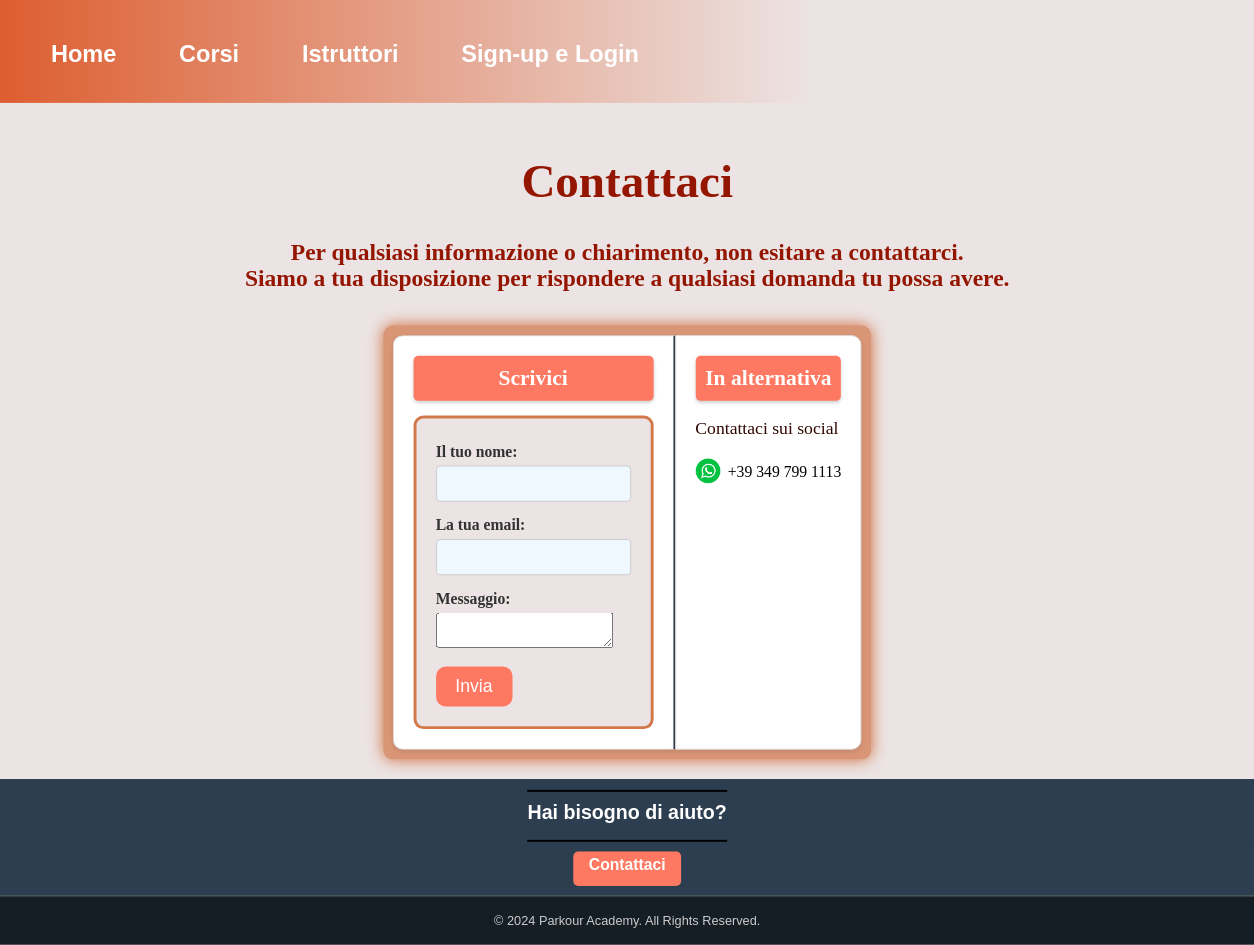
Repository: GiuuGpEEp/TerzoAnnoUni
Page: http://localhost/ContactUs/contact.php
The author's editor kept a copy of each file at every save. The page is drawn from the files as they stood at one save, then again after the next save.
The browser window is 1280 px wide. The pictures show the whole page, at 98% of full size.
The page is run by PHP 8.4 with error messages shown; the project is at /var/www/html/.

Above is the page before, as saved 2025-01-16 17:24:16.

### SAW/Esercizi/Progetto/ContactUs/contact.php
<!DOCTYPE html>
<html lang="it">
<head>
    <title>PA - Contattaci</title>
    <link rel="icon" href="../Logo32.ico" type="image/x-icon">
    <link rel="stylesheet" type="text/css" href="contactStyle.css">
</head>
<body>
    <div class="wrapper">
        <header class="header">
            <?php include '../Navbar/navbar.php'; ?>
        </header>
        <div class="content">
            <div class="title">
                <h1>Contattaci</h1>
                <p>Per qualsiasi informazione o chiarimento, non esitare a contattarci. <br>
                Siamo a tua disposizione per rispondere a qualsiasi domanda tu possa avere.</p>
            </div>
            <div class="contactANDForm">
                <div class="formSection" id="messageFormSection">
                    <div class="formTitle">Scrivici</div>
                    <form class="messageForm" action="contactForm.php" method="post">
                        <label for="name">Il tuo nome:</label>
                        <input type="text" id="name" name="name" required>
                        <label for="email">La tua email:</label>
                        <input type="email" id="email" name="email" required>
                        <label for="message">Messaggio:</label>
                        <textarea id="message" name="message" required></textarea>
                        <div>
                            <input type="submit" class="button" value="Invia">
                        </div>
                    </form>
                </div>
                <div class="formSection" id="contactSection">
                    <div class="formTitle">In alternativa</div>
                    <div class="contactInfo">
                        <p class="contactText"> Contattaci sui social </p>

                            <img id="waLogo" src= whatsappLogo.png alt="whatsapp" class="waLogo" width="25" height="25">
                            <p class="waText">+39 349 799 1113</p>

                    </div>
                </div>
            </div>
        </div>
        <?php include '../Footer/footer.php'; ?>
    </div>
</body>

</html>

### SAW/Esercizi/Progetto/NavBar/NavBar.php
<?php
    if (session_status() === PHP_SESSION_NONE) {
        session_start();
    }
?>

<style>
        .menu {
        display: flex;
        margin-left: auto;
        min-height: 40px;
        max-width: 100%;
        align-items: center;
        background: linear-gradient(to left, transparent 35%, #dd5e30 );
    }

    #main-menu {
        display: flex;
        flex-wrap: wrap;
        font-weight: bold;
        font-size: 32px; /* Increased */
        font-family: Montserrat, sans-serif;
        justify-content: flex-end;
        align-items: center;
        margin-right: 20px;
        margin-left: 20px;
        padding: 0;
        list-style: none;
    }


    .menu-item {
        position: relative;
        margin: 0 20px;
        border: 2px solid transparent;
        border-radius: 5px;
        transition: all 200ms ease-in-out;
    }

    .menu-item:hover {
        border-color: white;
    }

    .menu-link {
        text-decoration: none;
        color: white;
        font-weight: bold;
        padding: 5px 10px;
        transition: color 200ms ease-in-out;
        font-size: 24px; /* Increased */
    }

    .menu-link:hover {
        color: #502915;
    }

    .menu-item.active {
        border-color: white;
    }

</style>

<script>
    function goHome(){
        window.location.href = "../index/index.php";
    }
</script>

<nav class="menu">
    <ul id="main-menu">
        <li class="menu-item">
            <a class="menu-link" onclick="goHome()">Home</a>
        </li>
        <li class="menu-item">
            <a class="menu-link" href="/corsi">Corsi</a>
        </li>
        <li class="menu-item">
            <a class="menu-link" href="/istruttori">Istruttori</a>
        </li>
        <li class="menu-item">
            <?php if(isset($_SESSION['username'])){
                echo "<a class='menu-link' href='../ShowProfile/show_profile.php'> Profilo </a>";
            }else{
                echo "<a class='menu-link' href='../Registration-login/Form.php'> Sign-up e Login </a>";
            }
            ?>
        </li>
    </ul>
</nav>

### SAW/Esercizi/Progetto/Footer/footer.php
<style>

    .Sfooter {
        color: #fff;
        text-align: center;
        font-family: Arial, sans-serif;
        margin: 0;
        width: 100%;
    }

    .footerContent {
        width: 100%;
        margin-bottom: 20px;
        background-color: #2c3e50;
        margin: 0;
        flex-shrink: 0;
    }

    #footerButton{
        font-size: 16px;
        font-weight: bold;
        padding: 5px;
        margin-top: 5px;
        margin-bottom: 10px;
        width: 100px;
        height: 25px;
        border-radius: 5px;
        float: none;
    }

    #footerTitle{
        position: relative;
        font-size: 20px;
        font-weight: bold;
        text-align: center;
        background-color: #2c3e50;
        display: inline-block;
    }

    #footerTitle::before, #footerTitle::after {
        content: "";
        display: inline-block;
        width: 100%;
        height: 2px;
        background-color: rgb(0, 0, 0);
    }

    #footerTitle::before{
        margin-bottom: 5px;
    }

    #footerCopy {
        font-size: 13px ;
        border-top: 1px solid #4a4a4a;
        padding: 4px;
        background-color: #151d25;
        color: #ccc;
    }

</style>

<footer class="Sfooter">
    <div class="footerContent">
        <p class="footerContent"><span id="footerTitle">Hai bisogno di aiuto?</span></p>
        <a id="footerButton" class="button" href="../ContactUs/contact.php" type="button">Contattaci</a>
    </div>
    <div id="footerCopy">
        <p>© 2024 Parkour Academy. All Rights Reserved.</p>
    </div>
</footer>

### SAW/Esercizi/Progetto/ContactUs/contactStyle.css
html, body {
    background-color: #ece4e4;
    height: 100%;
    margin: 0;
    padding: 0;
    box-sizing: border-box;
    display: flex;
    flex-direction: column;
}

.wrapper {
    display: flex;
    flex-direction: column;
    min-height: 100%;
}

.content {
    flex: 1;
    padding: 20px;
    text-align: center;
}

.title{
    font-size: 24px;
    font-weight: bold;
    color: #941600;
    margin-bottom: 20px;
}

.button {
    background-color: #ff7962; /* Arancione */
    border: none;
    color: white;
    text-align: center;
    text-decoration: none;
    display: inline-block;
    font-size: 18px;
    margin-top: 15px;
    border-radius: 10px;
    padding: 10px 20px;
    font-family: Montserrat, sans-serif;
    transition: background-color 0.3s ease;
}

.button:hover {
    background-color: #941600; /* Arancione scuro */
}

.formTitle {
    font-size: 22px;
    font-weight: bold;
    color: #555;
    text-align: center;
    margin-bottom: 15px;
    padding: 10px;
    background-color: #ff7962;
    color: white;
    border-radius: 5px;
    box-shadow: 0 2px 4px rgba(0, 0, 0, 0.2);
}

.contactANDForm{
    background-color: rgb(200,74,11,0.5);
    display: inline-flex;
    margin-top: 10px;
    text-align: justify;
    box-shadow: 0 0 15px rgba(200, 74, 11, 0.8);
    border-radius: 10px;
    padding: 10px;
}

.formSection {
    margin: 0px;
    padding: 20px;
    background-color: #ffffff;
    border: 1px solid #ddd;
    box-shadow: 0 2px 5px rgba(0, 0, 0, 0.1);
}

#messageFormSection{
    border-radius: 10px 0 0 10px;
    border-right: 2px solid #2c3e50;
}

.messageForm {
    width: 100%;
    padding: 20px;
    box-sizing: border-box;
    margin-right: 0px;
    border: 3px solid rgba(200, 74, 11, 0.7);
    background-color: #ece4e4;
    border-radius: 10px;
}

input[type="text"], input[type="password"], input[type="email"] {
    width: 100%;
    padding: 10px;
    border: 1px solid #ccc;
    border-radius: 4px;
    box-sizing: border-box;

   /* Include padding e border nella larghezza */
    margin-bottom: 10px;
    background-color: #f0f8ff;
}

label {
    display: block;
    margin-bottom: 5px;
    margin-top: 5px;
    color: #333;
    font-weight: bold;
}

textarea{
    resize: both;
    max-width: 200px;
    max-height: 50px;
}

#contactSection{
    border-radius: 0 10px 10px 0;
}

.contactText{
    font-size: 18px;
    color: #2f0701;
    margin-bottom: 20px;
    text-align: justify;
}

.waText{
    float: right;
    margin-top: 5px;
}

#waLogo{
    float: left;
}

.whatsapp{
    color: #25d366;
    margin-bottom: 10px;
}

After the next save:
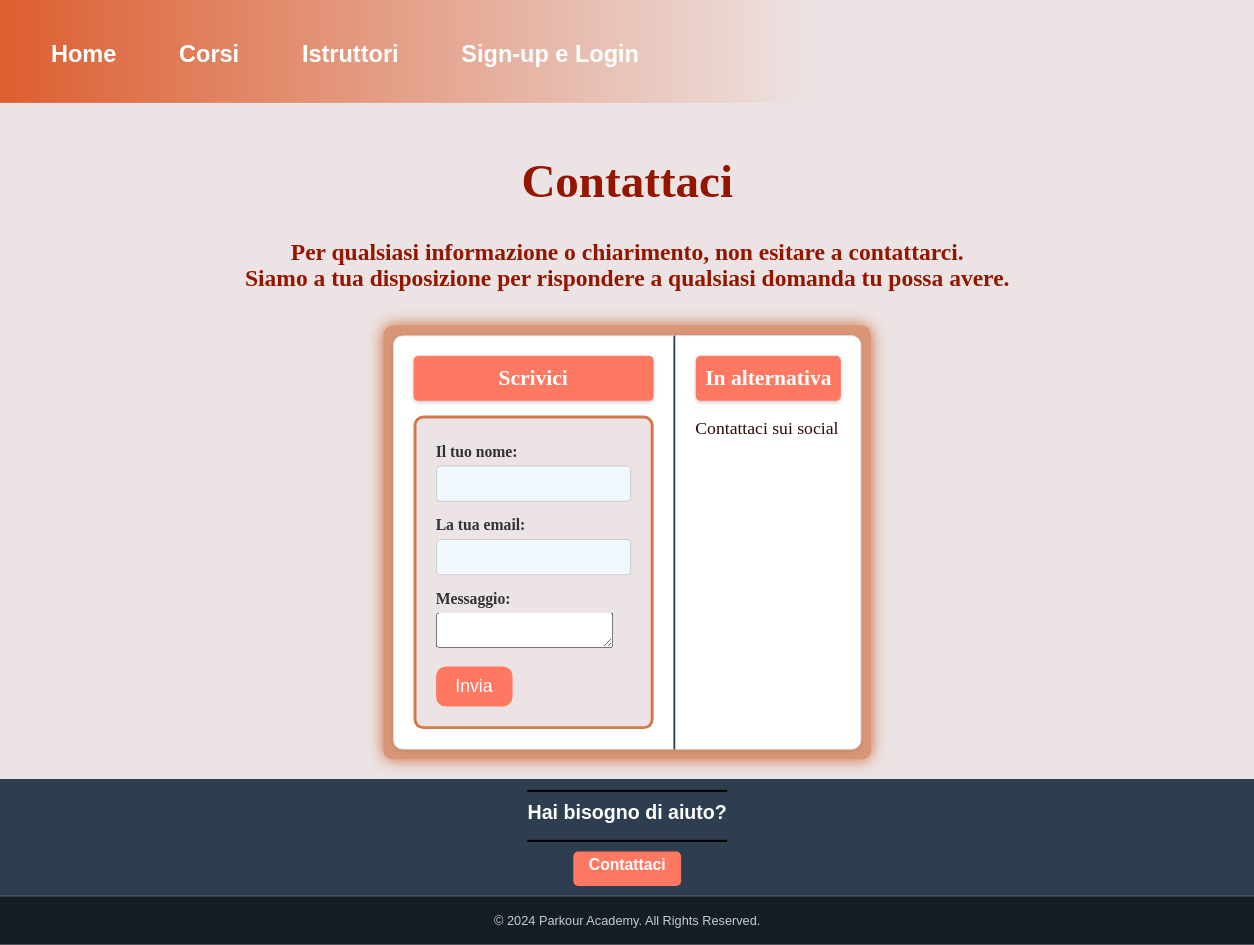
Saved 14 s later.
--- a/SAW/Esercizi/Progetto/ContactUs/contact.php
+++ b/SAW/Esercizi/Progetto/ContactUs/contact.php
@@ -36,8 +36,7 @@
                     <div class="contactInfo">
                         <p class="contactText"> Contattaci sui social </p>
 
-                            <img id="waLogo" src= whatsappLogo.png alt="whatsapp" class="waLogo" width="25" height="25">
-                            <p class="waText">+39 349 799 1113</p>
+
 
                     </div>
                 </div>
